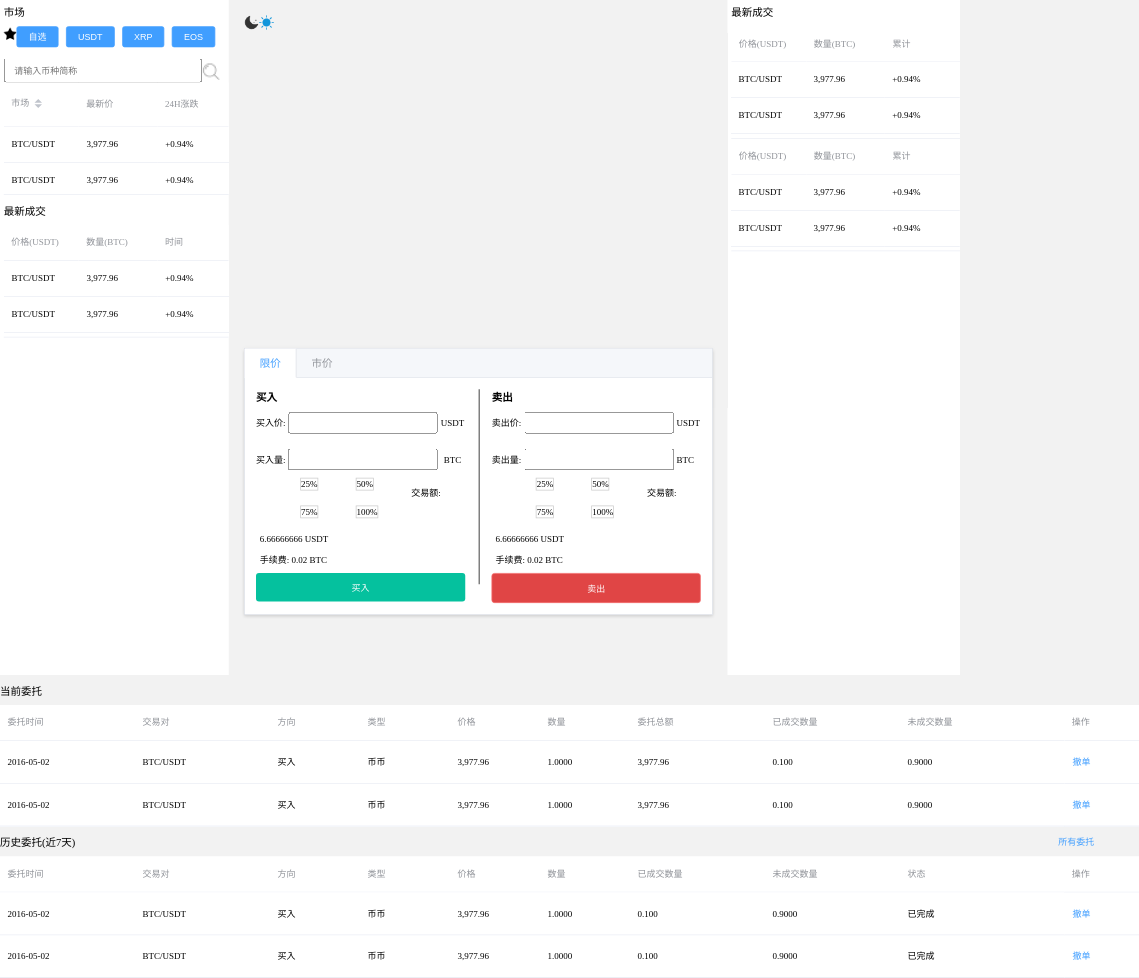
Repository: sundandan998/Exchange-Projects
Page: /#/currency-trading
An editor plug-in stored every save of this project. The page is shown before and after the next save, followed by the edit.
The browser window is 1280 px wide. The page is 1519 px wide, so the pictures cover 1519 px, including what lies to the right of the window. The pictures show the whole page, at 75% of full size.
The project was rebuilt for these pictures with package versions that can differ from the ones it lists, and the page was loaded fresh each time. Also part of the build but not shown: src/pages/login/Login.vue, src/pages/login/rest-password/RestPassword.vue, src/pages/login/rest-password-text/RestPasswordText.vue, src/pages/register/Register.vue, src/pages/register/mailbox-validation/MailboxValidation.vue, src/pages/mine/Mine.vue, src/pages/mine/modify/Modify.vue, src/pages/mine/close-all/CloseAll.vue and 7 more. Imported but missing from the stored project, and not drawn on this page: src/components/Cs/cs.

Above is the page before, as saved 2019-03-01 11:16:27.
Console error: TypeError: i2.contentWindow.widgetReady is not a function

### index.html
<!DOCTYPE html>
<html>
  <head>
    <meta charset="utf-8">
    <meta name="viewport" content="width=device-width,initial-scale=1.0">
    <title>exchange</title>
  </head>
  <body>
    <div id="app"></div>
  </body>
</html>

### src/App.vue
<template>
  <div id="app">
    <app-header></app-header>
    <router-view></router-view>
    <app-footer></app-footer>
  </div>
</template>
<script>
import Header from './components/header/Header'
import Footer from './components/footer/Footer'
export default {
  data () {
    return {
    }
  },
  methods: {
  },
  components: {
    'app-header': Header,
    'app-footer': Footer
  }
}
</script>
<style lang="scss" type="text">
  *{
    margin: 0;
    padding: 0;
  }
  li{
    list-style: none;
  }
  a{
    text-decoration: none;
    color:#fff;
  }
  body{
    background-color: #F2F2F2;
  }
  .fl{
    float: left;
  }
  .fr{
    float: right;
  }
</style>

### src/components/header/Header.vue
<!-- <template>
  <div>
    <el-row>
      <el-col :span="24">
        <div class="grid-content bg-purple">
          <el-menu
            :default-active="activeIndex"
            class="el-menu-demo"
            mode="horizontal"
            @select="handleSelect"
            background-color="#545c64"
            text-color="#fff"
            active-text-color="#409EFF">
            <div class="exchange-logo">
                <img src="../../assets/Images/logo.png" alt="">
            </div>
            <el-menu-item index="home" @click="home">首页</el-menu-item>
            <el-menu-item index="center" @click="notice">公告中心</el-menu-item>
            <el-menu-item index="transaction" @click="coin" >币币交易</el-menu-item>
            <div class="exchange-header">
              <template v-if="!data">
                  <el-menu-item index="register" @click="register">注册</el-menu-item>
                  <el-menu-item index="login" @click="login">登录</el-menu-item>
                </template>
                <template v-else>
                  <el-menu-item index="assets" @click="assets">资产</el-menu-item>
                  <el-menu-item index="administration" @click="form">委托单管理</el-menu-item>
                  <el-menu-item index="mine" @click="mine">我的</el-menu-item>
                </template>
                <el-submenu index="language" class="exchange-language">
                  <template slot="title">简体中文</template>
                  <el-menu-item index="9-1">简体中文</el-menu-item>
                  <el-menu-item index="9-2">English</el-menu-item>
                </el-submenu>
            </div>
          </el-menu>
        </div>
      </el-col>
    </el-row>
  </div>
</template>
<script>
export default {
  data () {
    return {
      activeIndex: 'home',
      data: window.localStorage.getItem('data')
    }
  },
  methods: {
    // 跳转首页
    home () {
      this.$router.push('/home')
    },
    // 跳转注册页面
    register () {
      this.$router.push('/register')
    },
    // 跳转登录页面
    login () {
      this.$router.push('/login')
    },
    // 跳转我的页面
    mine () {
      this.$router.push('/mine')
    },
    // 跳转资产页面
    assets () {
      this.$router.push('/assets')
    },
    // 跳转币币交易页面
    coin () {
      this.$router.push('/currency-trading')
    },
    // 跳转委托单管理页面
    form () {
      this.$router.push('/order-form')
    },
    // 跳转公告中心页面
    notice () {
      this.$router.push('/notice-center')
    },
    handleSelect (key, keyPath) {
      console.log(key, keyPath)
    }
  }
}
</script>
<style>
  :focus {
    outline: 0;
  }
  .exchange-logo {
      float: left;
      display: inline-block;
  }
  .exchange-logo img {
      width: 110px;
      margin-top: 10px;
  }
  .exchange-header{
    float: right;
    display: -webkit-inline-box;
    display: -ms-flexbox;
  }
  .exchange-header li{
    height: 100%;
    display:inline-block;
    border-bottom: 2px solid;
  }
  .exchange-header li:last-child{
    border-bottom:none;
  }
  .exchange-language{
    width: 120px;
  }
</style> -->

### src/components/footer/Footer.vue
<template>
  <div>
    <!-- <h1>我是底部</h1> -->
  </div>
</template>
<script></script>
<style></style>

### src/pages/mine/modify-password/ModifyPassword.vue
<template>
  <el-form :label-position="labelPosition" :model="verification" ref="verification" :rules="rules" label-width="110px" class="exchange-mine-setup">
    <div class="exchange-mine-setup-from">
      <el-breadcrumb separator-class="el-icon-arrow-right">
        <el-breadcrumb-item :to="{ path: '/mine' }">我的</el-breadcrumb-item>
        <el-breadcrumb-item>重置密码</el-breadcrumb-item>
      </el-breadcrumb>
      <div class="exchange-mine-setup-line"></div>
      <div class="exchange-mine-setup-alert">
        <el-alert  description="为保证资产安全，请勿泄露手机验证码、登录密码、谷歌验证码、支付密码给任何人" title="" type="warning" show-icon  :closable="false"></el-alert>
      </div>
      <el-form-item prop="pass" label="新支付密码">
        <el-input type="password" v-model="verification.pass" autocomplete="off" class="exchange-mine-setup-input"></el-input>
      </el-form-item>
      <el-form-item prop="checkPass" label="确认支付密码" class="exchange-mine-setup-item">
        <el-input type="password" v-model="verification.checkPass" autocomplete="off" class="exchange-mine-setup-input"></el-input>
      </el-form-item>
        <router-link to="/mine" class="exchange-mine-setup-btn" >
            <el-button type="primary">确定</el-button>
        </router-link>
    </div>
  </el-form>
</template>
<script>
export default {
  data () {
    var validatePass = (rule, value, callback) => {
      if (value === '') {
        callback(new Error('请输入密码'))
      } else {
        if (this.verification.checkPass !== '') {
          this.$refs.verification.validateField('checkPass')
        }
        callback()
      }
    }
    var validatePass2 = (rule, value, callback) => {
      if (value === '') {
        callback(new Error('请再次输入密码'))
      } else if (value !== this.verification.pass) {
        callback(new Error('两次输入密码不一致!'))
      } else {
        callback()
      }
    }
    return {
      labelPosition: 'left',
      verification: {
        email: '',
        pass: '',
        checkPass: '',
        from: 'system',
        coupon: {}
      },
      rules: {
        pass: [
          { validator: validatePass, trigger: 'blur' },
          { pattern: /^(?![0-9]+$)(?![a-zA-Z]+$)[0-9A-Za-z]{8,16}$/, message: '密码为8-16位字母加数字组合' }
        ],
        checkPass: [
          { required: true, validator: validatePass2, trigger: 'blur' }
        ]
      }
    }
  },
  methods: {
  }
}
</script>
<style>
  .exchange-mine-setup-from{
    margin:30px 0px 0px 80px;
  }
  .exchange-mine-setup{
    width: 900px;
    height: 630px;
    background-color: #fff;
    margin:20px auto;
    overflow: hidden;
  }
  .exchange-mine-setup-line{
    width: 600px;
    height: 2px;
    background-color: #ccc;
    margin-top: 10px;
  }
  .exchange-mine-setup-input{
    width: 500px;
  }
  .exchange-mine-setup-alert{
    width: 600px;
    margin:30px 0px 50px 0;
  }
  .exchange-mine-setup button{
    display: block;
    width: 500px;
    margin-left: 110px;
  }
  .exchange-mine-setup-item{
    margin:40px 0 40px 0;
  }
  .el-breadcrumb__item:last-child .el-breadcrumb__inner, .el-breadcrumb__item:last-child .el-breadcrumb__inner:hover {
    font-weight: 700;
    color: #000;
  }
  label.el-form-item__label {
    font-size: 12px;
  }
  .el-button{
  font-size: 12px;
}
</style>

### src/pages/mine/close-mobile-verification/CloseMobileVerification.vue
<template>
  <el-form :label-position="labelPosition" :model="verification" ref="verification" :rules="rules" label-width="100px" class="exchange-mine-close-mobile">
    <div class="exchange-mine-close-mobile-from">
      <el-breadcrumb separator-class="el-icon-arrow-right">
        <el-breadcrumb-item :to="{ path: '/mine' }">我的</el-breadcrumb-item>
        <el-breadcrumb-item>关闭手机验证</el-breadcrumb-item>
      </el-breadcrumb>
      <div class="exchange-mine-close-mobile-line"></div>
      <div class="exchange-mine-close-mobile-alert">
        <el-alert  description="为保证资产安全，请勿泄露手机验证码、登录密码、谷歌验证码、支付密码给任何人" title="" type="warning" show-icon  :closable="false"></el-alert>
      </div>
      <el-form-item prop="" label="短信验证码">
        <el-input class="exchange-mine-close-mobile-info" ></el-input>
        <el-input type="" class="exchange-mine-close-mobile-send" placeholder="发送验证码" ></el-input>
      </el-form-item>
        <router-link to="/mine" class="exchange-mine-close-mobile-btn" >
            <el-button type="primary">确定</el-button>
        </router-link>
    </div>
  </el-form>
</template>
<script>
export default {
  data () {
    return {
    }
  },
  methods: {
  }
}
</script>
<style>
  .exchange-mine-close-mobile-from{
    margin:30px 0px 0px 80px;
  }
  .exchange-mine-close-mobile{
    width: 900px;
    height: 630px;
    background-color: #fff;
    margin:20px auto;
    overflow: hidden;
  }
  .exchange-mine-close-mobile-line{
    width: 600px;
    height: 1px;
    background-color: #ccc;
    margin-top: 10px;
  }
  .exchange-mine-close-mobile-alert{
    width: 600px;
    margin:30px 0px 50px 0;
  }
  .exchange-mine-close-mobile button{
    display: block;
    width: 500px;
    margin:50px 0 0 100px;
  }
  .exchange-mine-close-mobile-info{
    width: 390px;
  }
  .exchange-mine-close-mobile-send{
    width: 110px;
  }
  .el-breadcrumb__item:last-child .el-breadcrumb__inner, .el-breadcrumb__item:last-child .el-breadcrumb__inner:hover {
    font-weight: 700;
    color: #000;
  }
  label.el-form-item__label {
    font-size: 12px;
  }
  button.el-button.el-button--primary span {
    font-size: 12px;
  }
  .el-input__inner{
    font-size: 12px;
  }
</style>

### src/pages/mine/close-google-verification/CloseGoogleVerification.vue
<template>
  <el-form :label-position="labelPosition" :model="verification" ref="verification" :rules="rules" label-width="100px" class="exchange-mine-close-google">
    <div class="exchange-mine-close-google-from">
      <el-breadcrumb separator-class="el-icon-arrow-right">
        <el-breadcrumb-item :to="{ path: '/mine' }">我的</el-breadcrumb-item>
        <el-breadcrumb-item>关闭谷歌验证</el-breadcrumb-item>
      </el-breadcrumb>
      <div class="exchange-mine-close-google-line"></div>
      <div class="exchange-mine-close-google-alert">
        <el-alert  description="为保证资产安全，请勿泄露手机验证码、登录密码、谷歌验证码、支付密码给任何人" title="" type="warning" show-icon  :closable="false"></el-alert>
      </div>
      <el-form-item prop="pass" label="谷歌验证码">
        <el-input type="password" autocomplete="off" class="exchange-mine-close-google-input"></el-input>
      </el-form-item>
      <router-link to="/mine" class="exchange-mine-close-google-btn" >
          <el-button type="primary">确定</el-button>
      </router-link>
    </div>
  </el-form>
</template>
<script>
export default {
  data () {
    return {
    }
  },
  methods: {
  }
}
</script>
<style>
  .exchange-mine-close-google-from{
    margin:30px 0px 0px 80px;
  }
  .exchange-mine-close-google{
    width: 900px;
    height: 630px;
    background-color: #fff;
    margin:20px auto;
    overflow: hidden;
  }
  .exchange-mine-close-google-line{
    width: 600px;
    height: 1px;
    background-color: #ccc;
    margin-top: 10px;
  }
  .exchange-mine-close-google-input{
    width: 500px;
  }
  .exchange-mine-close-google-alert{
    width: 600px;
    margin:30px 0px 50px 0;
  }
  .exchange-mine-close-google button{
    display: block;
    width: 500px;
    margin:50px 0 0 100px;
  }
  .exchange-mine-close-google-info{
    width: 390px;
  }
  .exchange-mine-close-google-send{
    width: 110px;
  }
  .el-breadcrumb__item:last-child .el-breadcrumb__inner, .el-breadcrumb__item:last-child .el-breadcrumb__inner:hover {
    font-weight: 700;
    color: #000;
  }
  label.el-form-item__label {
    font-size: 12px;
  }
  button.el-button.el-button--primary span {
    font-size: 12px;
  }
</style>

### src/pages/notice-center/NoticeCenter.vue
<template>
  <div class="notice-center">
    <div class="notice-center-title">
      <h3>公告中心</h3>
      <router-link to="problem-feedback">
          <el-button type="primary" size="mini">问题反馈</el-button>
      </router-link>
      <router-link to="historical-feedback">
          <el-button type="primary" size="mini">历史反馈</el-button>
      </router-link>
    </div>
    <div class="notice-center-btn">
        <input type="text" placeholder="请输入关键字">
        <img src="../../assets/Images/Search.png" alt="">
        <el-tabs>
          <el-tab-pane label="公告中心">
            <div class="notice-center-text">
              <ul class="fl">
                <li @click="recharge">如何注册账号？</li>
                <li @click="recharge">如何完成谷歌认证？</li>
                <li @click="recharge">如何完成手机认证？</li>
                <li @click="recharge">提币、充币攻略</li>
                <li @click="recharge">交易流程介绍</li>
                <li @click="recharge">费率</li>
              </ul>
            <ul class="fr">
              <li>2018-12-12</li>
              <li>2018-12-12</li>
              <li>2018-12-12</li>
              <li>2018-12-12</li>
              <li>2018-12-12</li>
              <li>2018-12-12</li>
            </ul>
          </div></el-tab-pane>
          <el-tab-pane label="常见问题">
          <div class="notice-center-text">
            <ul class="fl">
              <li @click="recharge">如何注册账号？</li>
              <li @click="recharge">如何完成手机认证？</li>
              <li @click="recharge">交易流程介绍</li>
            </ul>
            <ul class="fr">
              <li>2018-12-12</li>
              <li>2018-12-12</li>
              <li>2018-12-12</li>
            </ul>
          </div>
          </el-tab-pane>
          <el-tab-pane label="新手帮助">
              <div class="notice-center-text">
                <ul class="fl">
                  <li @click="recharge">如何注册账号？</li>
                  <li @click="recharge">如何完成手机认证？</li>
                  <li @click="recharge">交易流程介绍</li>
                </ul>
                <ul class="fr">
                  <li>2018-12-12</li>
                  <li>2018-12-12</li>
                  <li>2018-12-12</li>
                </ul>
              </div>
          </el-tab-pane>
        </el-tabs>
    </div>
  </div>
</template>
<script>
export default {
  data () {
    return {
      // 跳转充值费率页面
      rate () {
        // this.$router.push('/notice-center')
        // this.$router.push('/order-form')
        this.$router.push('/recharge-rate')
      }
    }
  },
  methods: {
    recharge () {
      this.$router.push('/recharge-rate')
    }
  }
}
</script>
<style lang="scss">
    @import '../../assets/scss/global';
</style>

### src/pages/notice-center/problem-feedback/ProblemFeedback.vue
<template>
  <div class="notice-center-problem">
    <div class="notice-center-problem-title">
      <el-breadcrumb separator-class="el-icon-arrow-right">
        <el-breadcrumb-item :to="{ path: '/notice-center' }">公告中心</el-breadcrumb-item>
        <el-breadcrumb-item>问题反馈</el-breadcrumb-item>
      </el-breadcrumb>
      <div class="notice-center-problem-line"></div>
    </div>
    <div class="notice-center-problem-describe">
      <h3>问题描述</h3>
      <el-input type="textarea" placeholder="请输入内容"></el-input>
    </div>
    <div class="notice-center-problem-mobile">
      <h3>联系电话</h3> <input type="text"><br>
      <el-button type="primary">提交</el-button>
    </div>
  </div>
</template>
<script>
export default {
  data () {
    return {
    }
  }
}
</script>
<style lang="scss">
    @import '../../../assets/scss/global';
</style>

### src/pages/notice-center/historical-feedback/HistoricalFeedback.vue
<template>
  <div class="notice-center-problem">
    <div class="notice-center-problem-title">
      <el-breadcrumb separator-class="el-icon-arrow-right">
        <el-breadcrumb-item :to="{ path: '/notice-center' }">公告中心</el-breadcrumb-item>
        <el-breadcrumb-item>历史反馈</el-breadcrumb-item>
      </el-breadcrumb>
      <div class="notice-center-problem-line"></div>
    </div>
    <div class="notice-center-histor-describe">
      <ul>
        <li><h3>问题描述</h3></li>
        <li><h3>反馈时间</h3></li>
      </ul>
    </div>
  </div>
</template>
<script>
export default {
  data () {
    return {
    }
  }
}
</script>
<style lang="scss">
    @import '../../../assets/scss/global';
</style>

### src/pages/notice-center/recharge-rate/RechargerRate.vue
<template>
 <div class="recharge-rate">
    <div class="notice-center-problem-title">
      <el-breadcrumb separator-class="el-icon-arrow-right">
        <el-breadcrumb-item :to="{ path: '/notice-center' }">公告中心</el-breadcrumb-item>
        <el-breadcrumb-item>新手帮助</el-breadcrumb-item>
      </el-breadcrumb>
      <div class="notice-center-problem-line"></div>
    </div>
   <div class="recharge-rate-explain">
     <h2>交易所服务费说明</h2>
      <ul>
        <li>
          <img src="../../../assets/Images/head-pic.png" alt="">
          <span>张三</span>
          <p>2018-12-12</p>
        </li>
      </ul>
   </div>
   <div class="recharge-rate-content">
     <h3>1.交易费率</h3>
     <span>
        所有交易收取0.2%交易手续费。（扣除收取到的资产)
        交易手续费率由我司依据市场制定，有变动会提前公告
        具体交易费率请查看
      <router-link to="rate-standard">《交易费率表》</router-link>
     </span>
     <h3>2.提币费率</h3>
     <span>各币种提币时收取的提币手续费各不相同<br>
       请参考：<router-link to="rate-standard">《提币费率表》</router-link>
    </span>
    <h3>3.充币费率</h3>
    <span>免费</span>
   </div>
 </div>
</template>
<script></script>
<style lang="scss">
    @import '../../../assets/scss/global';
</style>

### src/pages/notice-center/rate-standard/RateStandard.vue
<template>
<div class="recharge-rate">
  <div class="notice-center-problem-title">
    <el-breadcrumb separator-class="el-icon-arrow-right">
      <el-breadcrumb-item :to="{ path: '/notice-center' }">公告中心</el-breadcrumb-item>
      <el-breadcrumb-item>新手帮助</el-breadcrumb-item>
    </el-breadcrumb>
    <div class="notice-center-problem-line"></div>
  </div>
  <div class="recharge-rate-standard">
    <h3>费率标准</h3>
    <template>
      <el-tabs v-model="activeName" type="card" @tab-click="handleClick">
        <el-tab-pane label="交易费率" name="first">
          <el-table
            :data="tableData"
            style="width: 100%">
          <el-table-column
            prop="currency"
            label="币种"
            width="180">
          </el-table-column>
          <el-table-column
            prop="procedures"
            label="提币手续">
          </el-table-column>
        </el-table>
        </el-tab-pane>
        <el-tab-pane label="提币费率" name="second">
          <el-table
          :data="tableData"
          style="width: 100%">
          <el-table-column
            prop="currency"
            label="币种"
            width="180">
          </el-table-column>
          <el-table-column
            prop="mininum"
            label="提币最小量"
            width="180">
          </el-table-column>
          <el-table-column
            prop="procedures"
            label="提币手续">
          </el-table-column>
        </el-table>
        </el-tab-pane>
      </el-tabs>
    </template>
  </div>
</div>
</template>
<script>
export default {
  data () {
    return {
      activeName: 'first',
      tableData: [{
        currency: 'USDT',
        procedures: '0.2%',
        mininum: '100'
      }]
    }
  },
  methods: {
    handleClick (tab, event) {
      console.log(tab, event)
    }
  }
}
</script>
<style lang="scss">
    @import '../../../assets/scss/global';
</style>

Loaded but not shown: src/router/index.js (232 lines, source omitted); src/datafeed.js (159 lines, source omitted); src/websocket.js (113 lines, source omitted); src/main.js (33 lines, source omitted); src/event.js (23 lines, source omitted); src/mock.js (21 lines, source omitted); src/pages/home/Home.vue (541 lines, source omitted); src/pages/currency-trading/CurrencyTrading.vue (299 lines, source omitted); src/assets/scss/global.scss (451 lines, source omitted); src/pages/order-form/OrderForm.vue (154 lines, source omitted); src/pages/mine/open-google-verification/OpenGoogleVerification.vue (177 lines, source omitted); src/pages/mine/set-password/SetPassword.vue (154 lines, source omitted); src/pages/mine/open-mobile-verification/OpenMobileVerification.vue (113 lines, source omitted)

After the next save:
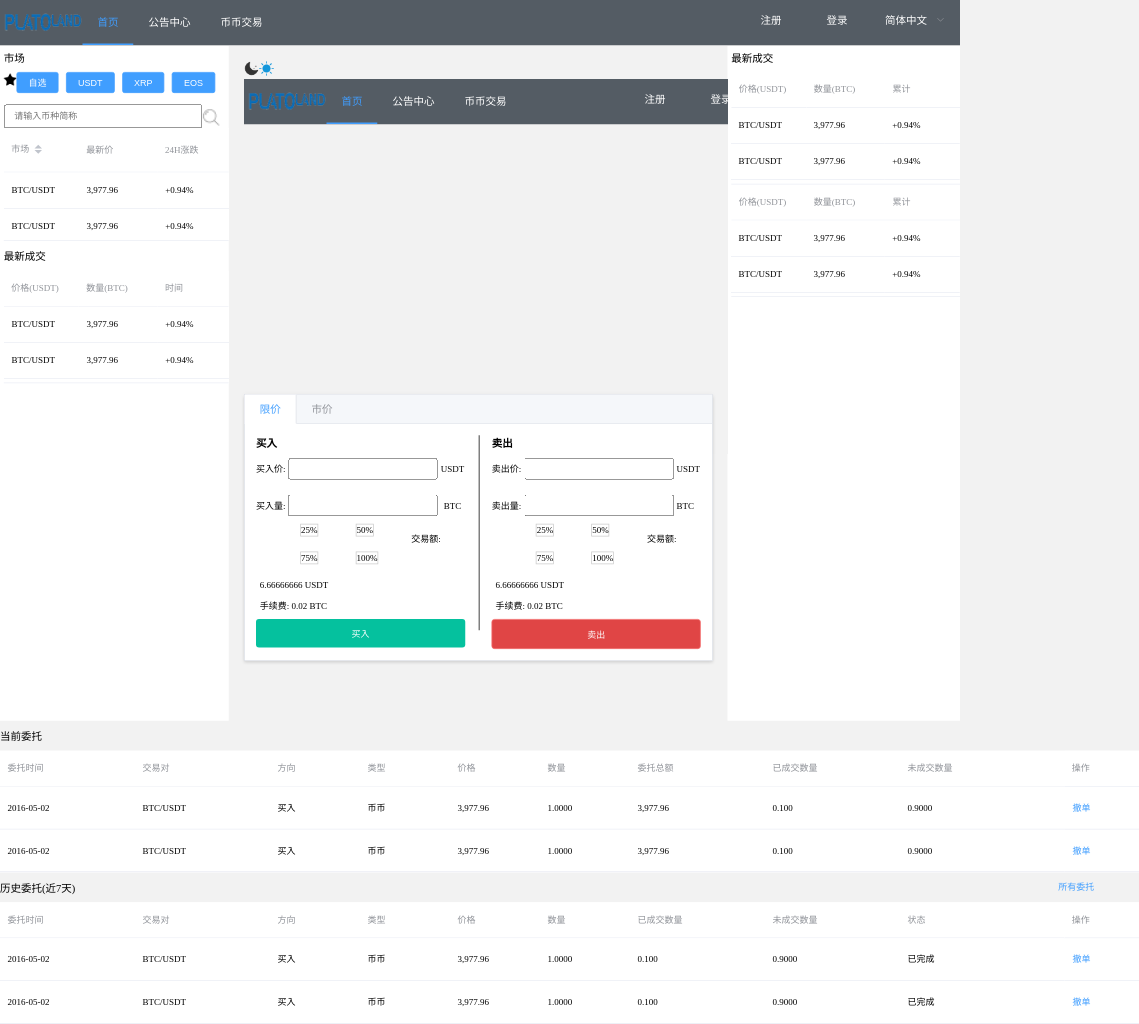
Saved 16 s later.
--- a/src/components/header/Header.vue
+++ b/src/components/header/Header.vue
@@ -1,4 +1,4 @@
-<!-- <template>
+<template>
   <div>
     <el-row>
       <el-col :span="24">
@@ -114,4 +114,4 @@ export default {
   .exchange-language{
     width: 120px;
   }
-</style> -->
+</style>
